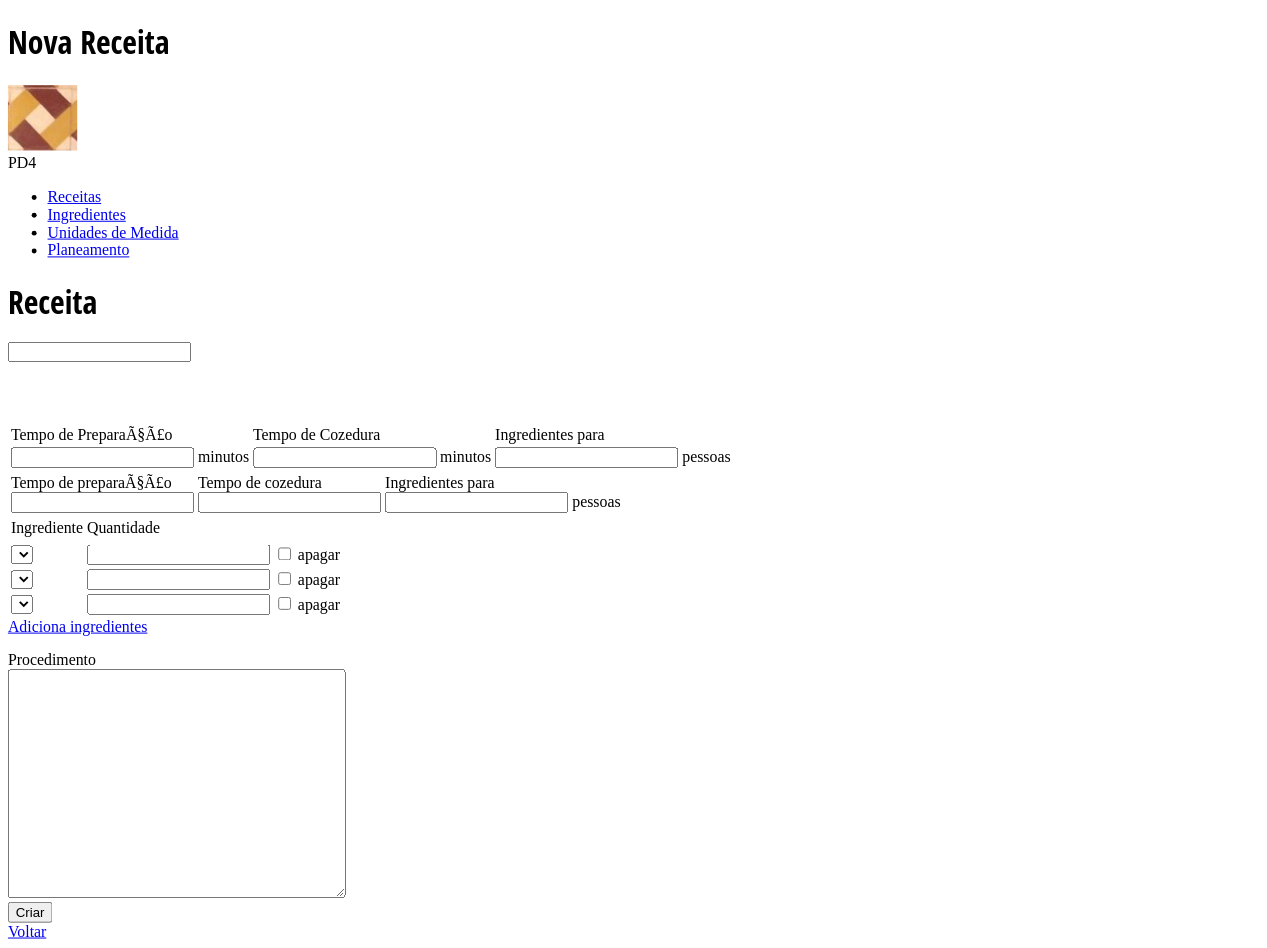
Repository: jsvalgonc/PD4
Page: tmp/capybara/capybara-20150607212749543673643.html
The author's editor kept a record of every edit. The page is drawn from the files as they stood at one moment, then again after the next edit.
The browser window is 1280 px wide. The pictures show the whole page, at 99% of full size.

Above is the page before.

After the next edit:
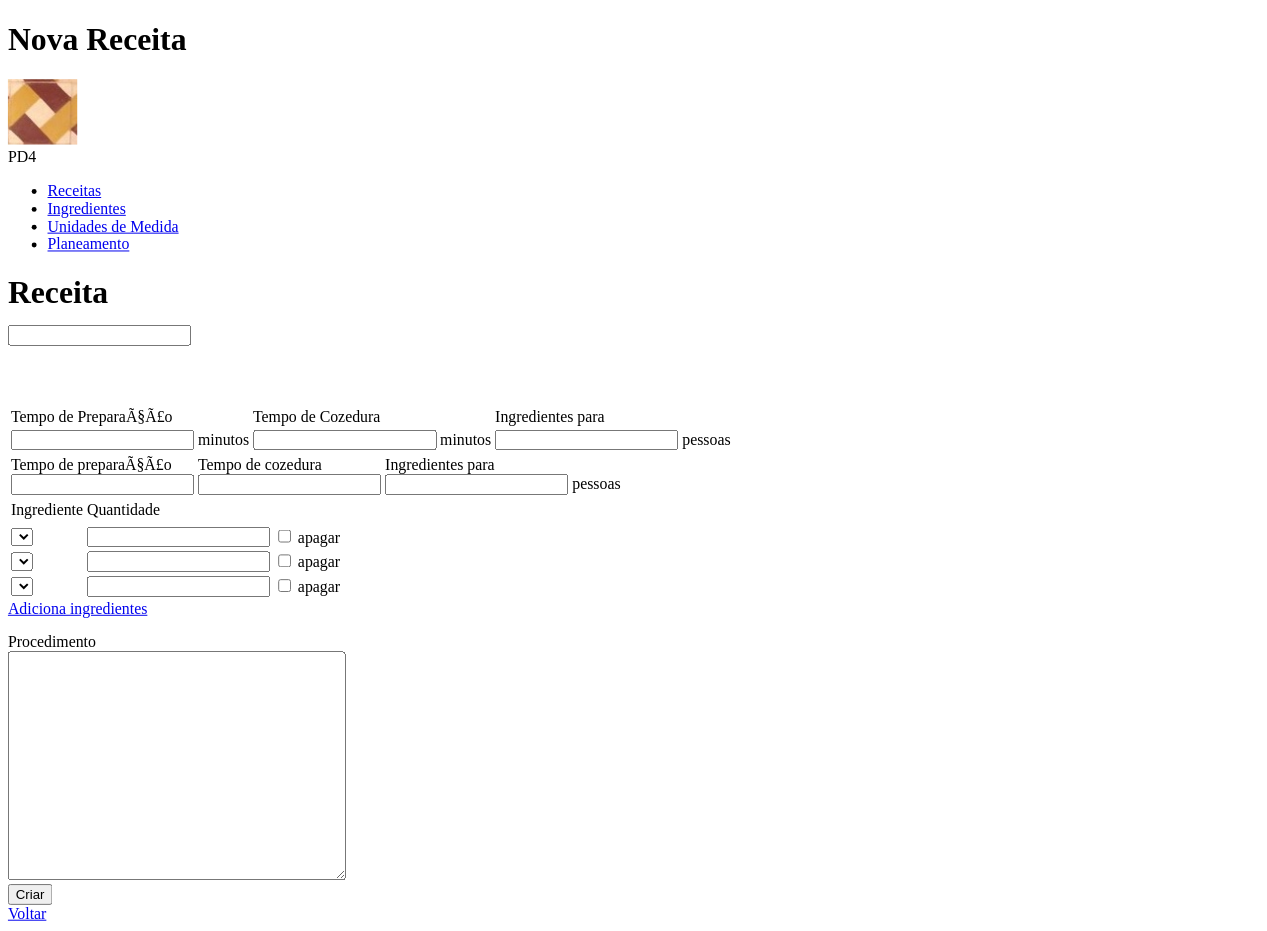
The edit:
--- a/app/assets/stylesheets/application.css
+++ b/app/assets/stylesheets/application.css
@@ -11,8 +11,9 @@
  *= require_self
  *= require_tree .
  */
+@import url('//fonts.googleapis.com/css?family=Indie+Flower:400,700,300');
 h1 {
- font-family: 'Open Sans Condensed', sans-serif;
+ font-family: 'Open Sans Condensed'', cursive
 }
 h2 {
  font-family: 'Open Sans Condensed', sans-serif;

After the 2 edits that followed:
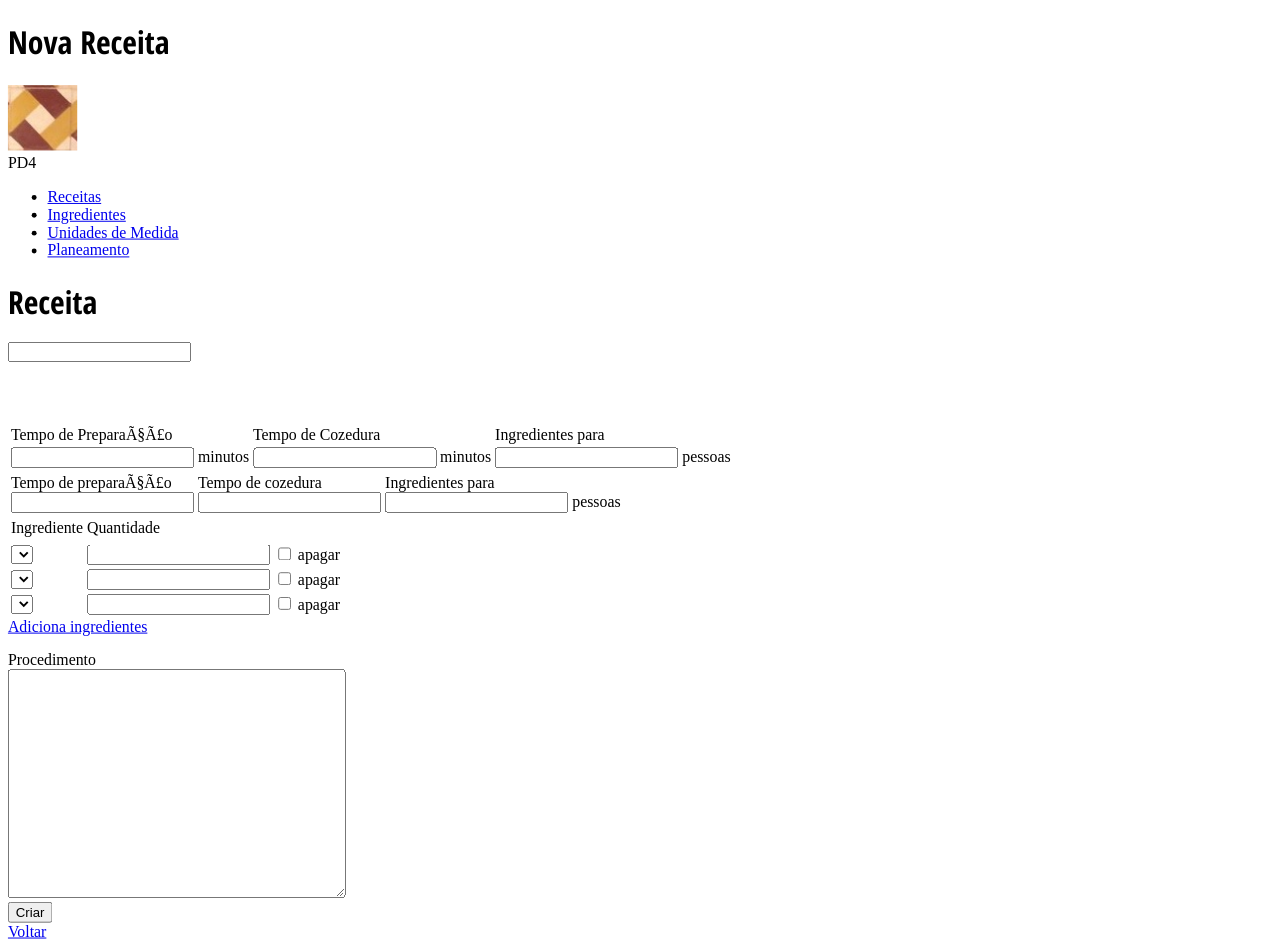
The 2 edits are shown as one change because 1 left the picture as it was.
The edit:
--- a/app/assets/stylesheets/application.css
+++ b/app/assets/stylesheets/application.css
@@ -11,9 +11,10 @@
  *= require_self
  *= require_tree .
  */
-@import url('//fonts.googleapis.com/css?family=Indie+Flower:400,700,300');
+@import url('//fonts.googleapis.com/css?family=Open+Sans+Condensed:300,700,300');
+
 h1 {
- font-family: 'Open Sans Condensed'', cursive
+ font-family: 'Open Sans Condensed', cursive
 }
 h2 {
  font-family: 'Open Sans Condensed', sans-serif;
